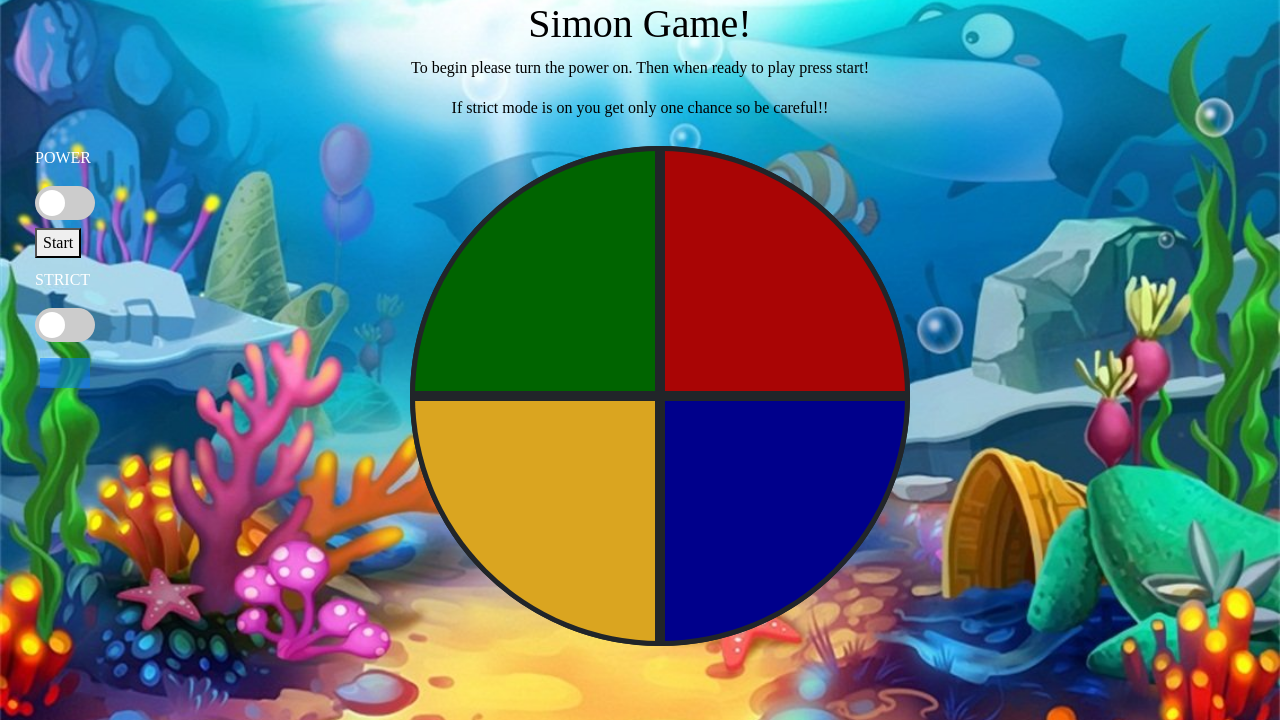
Repository: chrisoc19/SimonSays
Page: index.html
The author's editor kept a record of every edit. The page is drawn from the files as they stood at one moment, then again after the next edit.
The browser window is 1280 px wide. The pictures show the whole page.
Some web fonts or font styles are not loaded; a fallback is used.

Above is the page before.
Console error: ReferenceError: $ is not defined

### index.html
<!DOCTYPE html>
<html>
<html lang="en">
<head>
  <meta charset="UTF-8">
  <title>Simon Game</title>
  <meta name="viewport" content="width=device-width, initial-scale=1">
  <link href='https://fonts.googleapis.com/css?family=Original+Surfer&effect=emboss' rel='stylesheet' type='text/css'>
  <link rel="stylesheet" href="css/style.css">
<link rel="stylesheet" href="https://stackpath.bootstrapcdn.com/bootstrap/4.3.1/css/bootstrap.min.css" integrity="sha384-ggOyR0iXCbMQv3Xipma34MD+dH/1fQ784/j6cY/iJTQUOhcWr7x9JvoRxT2MZw1T" crossorigin="anonymous">

</head>

<body>


  <div class="container-fluid">
    <div class="row">
      <div class="col text text-box">
        <h1>Simon Game!</h1>
  <p>To begin please turn the power on. Then when ready to play press start!  </p>
  <p>If strict mode is on you get only one chance so be careful!!</p>
      </div>

    </div>


  <div class="row">
    <div class="col-sm-2 switches-wrapper">
      <div class="switches">

   <p class="newButtons">POWER</p>
  <label class="switch">
  <input type="checkbox" class="switch" id="on">
  <span class="slider round"></span>
</label>

  <div id="turn"></div>
  <div class="text2 d-none">
    COUNT
  </div>
  <div class ="button-container">
    <button class="button" id="start">Start</button>
    </div>


  <p class="newButtons">STRICT</p>
  <label class="switch">
  <input type="checkbox" class="switch " id="strict">
  <span class="slider round"></span>
</label>

</div>
    </div>
    <div class="col-sm-8">
      <div class="circle">
    <div id="topleft"></div>
    <div id="topright"></div>
    <div id="bottomleft"></div>
    <div id="bottomright"></div>
  </div>
    </div>

  </div>
</div>










  <script src="js/index.js"></script>

</body>

</html>

### css/style.css

body {
  padding-bottom: 20px;
  background-image: url("../img/sea.2.jpg");
  background-position: center;
  background-repeat: no-repeat;
  background-size: cover;

}

/* -----------------------------------------------------Simon game Text */

.text {
  font-family: 'Original Surfer', cursive;

  text-align: center;
  color: black;
}

.text-box {
  margin-bottom: 10px;
  background-color: rgba(0, 123, 255, 0);
}

.newButtons{
  font-family: 'Original Surfer', cursive;

  width: 65px;
  color: white;
}



.switches-wrapper {
  margin-left: 20px;
   background-color: rgba(0, 123, 255, 0);
}





/* The switch - the box around the slider */

.switch {
  position: relative;
  display: inline-block;
  width: 60px;
  height: 34px;
}

/* Hide default HTML checkbox */

.switch input {
  opacity: 0;
  width: 0;
  height: 0;
}

/* The slider */

.slider {
  position: absolute;
  cursor: pointer;
  top: 0;
  left: 0;
  right: 0;
  bottom: 0;
  background-color: #ccc;
  -webkit-transition: .4s;
  transition: .4s;
}

.slider:before {
  position: absolute;
  content: "";
  height: 26px;
  width: 26px;
  left: 4px;
  bottom: 4px;
  background-color: white;
  -webkit-transition: .4s;
  transition: .4s;
}

input:checked+.slider {
  background-color: #2196F3;
}

input:focus+.slider {
  box-shadow: 0 0 1px #2196F3;
}

input:checked+.slider:before {
  -webkit-transform: translateX(26px);
  -ms-transform: translateX(26px);
  transform: translateX(26px);
}

/* Rounded sliders */

.slider.round {
  border-radius: 34px;
}

.slider.round:before {
  border-radius: 50%;
}

.toggle {
  margin-left: 20px;
  margin-right: 20px;
}


.button {
  -webkit-transition-duration: 0.4s;
  /* Safari */
  transition-duration: 0.4s;
 font-family:  'Original Surfer', cursive;
}

.button:hover {
  background-color: #4CAF50;
  /* Green */
  color: white;
}

.button-container {
  margin-bottom: 10px;

}



.text2 {
  position: absolute;
  font-family: 'Original Surfer', cursive;
  margin-top: 170px;
  margin-bottom: 50px;
  margin-right: 100px;
}



#title {
  font-family: 'Original Surfer', cursive;
  font-size: 40px;
  text-align: center;

}



#turn {
  position: absolute;
  background: rgba(0,123,255,.5);
  /*background: #330000;*/
  color: red;
  font-family: courier;
  font-size: 20px;
  height: 30px;
  width: 50px;

  margin-top: 130px;
  margin-left: 5px;
  text-align: center;

  line-height: 30px;
}

/*------------------------------------------------- circle */

.circle {

  background: #385a94;
  border-radius: 50%;
  height: 500px;
  width: 500px;
  position: relative;
  border-style: solid;
  border-width: 10px;
  margin: auto;


}

#topleft {
  position: absolute;
  height: 250px;
  width: 250px;
  border-radius: 250px 0 0 0;
  -moz-border-radius: 250px 0 0 0;
  -webkit-border-radius: 250px 0 0 0;
  background: darkgreen;
  top: 50%;
  left: 50%;
  margin: -250px 0px 0px -250px;
  border-style: solid;
  border-width: 5px;
  box-sizing: border-box;
  -moz-box-sizing: border-box;
  -webkit-box-sizing: border-box;
}

#topright {
  position: absolute;
  height: 250px;
  width: 250px;
  border-radius: 0 250px 0 0;
  -moz-border-radius: 0 250px 0 0;
  -webkit-border-radius: 0 250px 0 0;
  background: #a90505;
  top: 50%;
  left: 50%;
  margin: -250px 0px 0px 0px;
  border-style: solid;
  border-width: 5px;
  box-sizing: border-box;
  -moz-box-sizing: border-box;
  -webkit-box-sizing: border-box;
}

#bottomleft {
  position: absolute;
  height: 250px;
  width: 250px;
  border-radius: 0 0 0 250px;
  -moz-border-radius: 0 0 0 250px;
  -webkit-border-radius: 0 0 0 250px;
  background: goldenrod;
  top: 50%;
  left: 50%;
  margin: 0px -250px 0px -250px;
  border-style: solid;
  border-width: 5px;
  box-sizing: border-box;
  -moz-box-sizing: border-box;
  -webkit-box-sizing: border-box;
}

#bottomright {
  position: absolute;
  height: 250px;
  width: 250px;
  border-radius: 0 0 250px 0;
  -moz-border-radius: 0 0 250px 0;
  -webkit-border-radius: 0 0 250px 0;
  background: darkblue;
  top: 50%;
  left: 50%;
  margin: 0px 0px -250px 0px;
  border-style: solid;
  border-width: 5px;
  box-sizing: border-box;
  -moz-box-sizing: border-box;
  -webkit-box-sizing: border-box;
}

### js/index.js
let order = [];
let playerOrder = [];
let flash;
let turn;
let good;
let compTurn;
let intervalId;
let strict = false;
let start = false;
let noise = true;
let on = false;
let win;

let oneNoise = new Audio('sounds/drop.mp3');
let twoNoise = new Audio('sounds/pop.mp3');
let threeNoise = new Audio('sounds/seagull.ogg');
let fourNoise = new Audio('sounds/radar.wav');
let startNoise = new Audio('sounds/startSound.ogg');
let offNoise = new Audio('sounds/off.ogg');
let winNoise = new Audio('sounds/winSound.wav');
let strictNoise = new Audio('sounds/b1.wav');


const turnCounter = document.querySelector("#turn");
const topLeft = document.querySelector("#topleft");
const topRight = document.querySelector("#topright");
const bottomLeft = document.querySelector("#bottomleft");
const bottomRight = document.querySelector("#bottomright");
const strictButton = document.querySelector("#strict");
const onButton = document.querySelector("#on");
const startButton = document.querySelector("#start");



//--------------------------------------------------------------- onButton

$('#on').click(function() {
    $('.remove').removeClass('d-none');
    $('.add').addClass('d-none');
})

onButton.addEventListener('click', (event) => {
    if (onButton.checked == true) {
        on = true;
        turnCounter.innerHTML = "-";
        startSound();
        flashColor();
        setTimeout(() => {
            clearColor();
        }, 800);
    }
    else {
        on = false;
        turnCounter.innerHTML = "Bye";
        setTimeout(() => {
            turnCounter.innerHTML = "";
        }, 1000);
        clearInterval(intervalId);
        off();
        flashColor();
        setTimeout(() => {
            clearColor();
        }, 800);
        setTimeout(() => {
            document.location.reload(true);
        }, 200);

    }

});

function startSound() {
    if (noise) {
        startNoise.play();
    }
    noise = true;

}

function off() {
    if (noise) {
        offNoise.play();
    }
    noise = true;

}
//---------------------------------------------------------------startButton
startButton.addEventListener('click', (event) => {
    if (on || win) {
        play();
        start = true;
    }
    if (onButton.checked == false) {
        startButton = 'unclick';
        start = false;

    }

});

//--------------------------------------------------------------- strictButton


strictButton.addEventListener('change', (event) => {
    if (onButton.checked == false) {
        document.getElementById("#strict").disabled = true;

    }
    if (strictButton.checked == true) {
        strict = true;
        strictSound();
        clearInterval(intervalId);
        turnCounter.innerHTML = "-";
        flashColor();
        setTimeout(() => {
            clearColor();
        }, 800);

    }
    else {
        strict = false;
        strictSound();
        clearInterval(intervalId);
        turnCounter.innerHTML = "-";
        flashColor();
        setTimeout(() => {
            clearColor();
        }, 800);

    }
});

function strictSound() {
    if (noise) {
        strictNoise.play();
    }
    noise = true;

}
//---------------------------------------------------------------play()
function play() {
    win = false;
    order = [];
    playerOrder = [];
    flash = 0;
    intervalId = 0;
    turn = 1;
    turnCounter.innerHTML = 1;
    good = true;
    for (var i = 0; i < 20; i++) {
        order.push(Math.floor(Math.random() * 4) + 1);
    }
    compTurn = true;

    intervalId = setInterval(gameTurn, 800);
}
//---------------------------------------------------------------GameTurn  ()
function gameTurn() {
    on = false;

    if (flash == turn) {
        clearInterval(intervalId);
        compTurn = false;
        clearColor();
        on = true;
    }

    if (compTurn) {
        clearColor();
        setTimeout(() => {
            if (order[flash] == 1) one();
            if (order[flash] == 2) two();
            if (order[flash] == 3) three();
            if (order[flash] == 4) four();
            flash++;
        }, 200);
    }
}
//--------------------------------------------------------------- Function 1 - 4
function one() {
    if (noise) {
        oneNoise.play();
    }
    noise = true;
    topLeft.style.backgroundColor = "lightgreen";
}

function two() {
    if (noise) {
        twoNoise.play();
    }
    noise = true;
    topRight.style.backgroundColor = "tomato";
}

function three() {
    if (noise) {
        threeNoise.play();
    }
    noise = true;
    bottomLeft.style.backgroundColor = "yellow";
}

function four() {
    if (noise) {
        fourNoise.play();
    }
    noise = true;
    bottomRight.style.backgroundColor = "lightskyblue";
}
//---------------------------------------------------------------clear color
function clearColor() {
    topLeft.style.backgroundColor = "darkgreen";
    topRight.style.backgroundColor = "darkred";
    bottomLeft.style.backgroundColor = "goldenrod";
    bottomRight.style.backgroundColor = "darkblue";
}
//---------------------------------------------------------------  flash Colors
function flashColor() {
    topLeft.style.backgroundColor = "lightgreen";
    topRight.style.backgroundColor = "tomato";
    bottomLeft.style.backgroundColor = "yellow";
    bottomRight.style.backgroundColor = "lightskyblue";
}
//---------------------------------------------------------------Click Events
topLeft.addEventListener('click', (event) => {
    if (on && start) {
        playerOrder.push(1);
        check();
        one();
        if (!win) {
            setTimeout(() => {
                clearColor();
            }, 300);
        }
    }

});

topRight.addEventListener('click', (event) => {
    if (on && start) {
        playerOrder.push(2);
        check();
        two();
        if (!win) {
            setTimeout(() => {
                clearColor();
            }, 300);
        }
    }
});

bottomLeft.addEventListener('click', (event) => {
    if (on && start) {
        playerOrder.push(3);
        check();
        three();
        if (!win) {
            setTimeout(() => {
                clearColor();
            }, 300);
        }
    }

});

bottomRight.addEventListener('click', (event) => {
    if (on && start) {
        playerOrder.push(4);
        check();
        four();
        if (!win) {
            setTimeout(() => {
                clearColor();
            }, 300);
        }
    }
});
//---------------------------------------------------------------Check()
function check() {
    if (playerOrder[playerOrder.length - 1] !== order[playerOrder.length - 1])
        good = false;

    if (playerOrder.length == 3 && good) {
        winGame();
    }
    if (good == false) {
        turnCounter.innerHTML = "NO!";
        setTimeout(() => {
            turnCounter.innerHTML = turn;
            clearColor();

            if (strict) {
                play();
            }
            else {
                compTurn = true;
                flash = 0;
                playerOrder = [];
                good = true;
                intervalId = setInterval(gameTurn, 800);
            }
        }, 800);
        noise = false;
    }
    if (turn == playerOrder.length && good && !win) {
        turn++;
        playerOrder = [];
        compTurn = true;
        flash = 0;
        turnCounter.innerHTML = turn;
        intervalId = setInterval(gameTurn, 800);
    }
}
//---------------------------------------------------------------winGame
function winGame() {
    flashColor();
    winSound();
    turnCounter.innerHTML = "win!";
    on = false;
    win = true;
}

function winSound() {
    if (noise) {
        winNoise.play();
    }
    noise = true;

}

After the next edit:
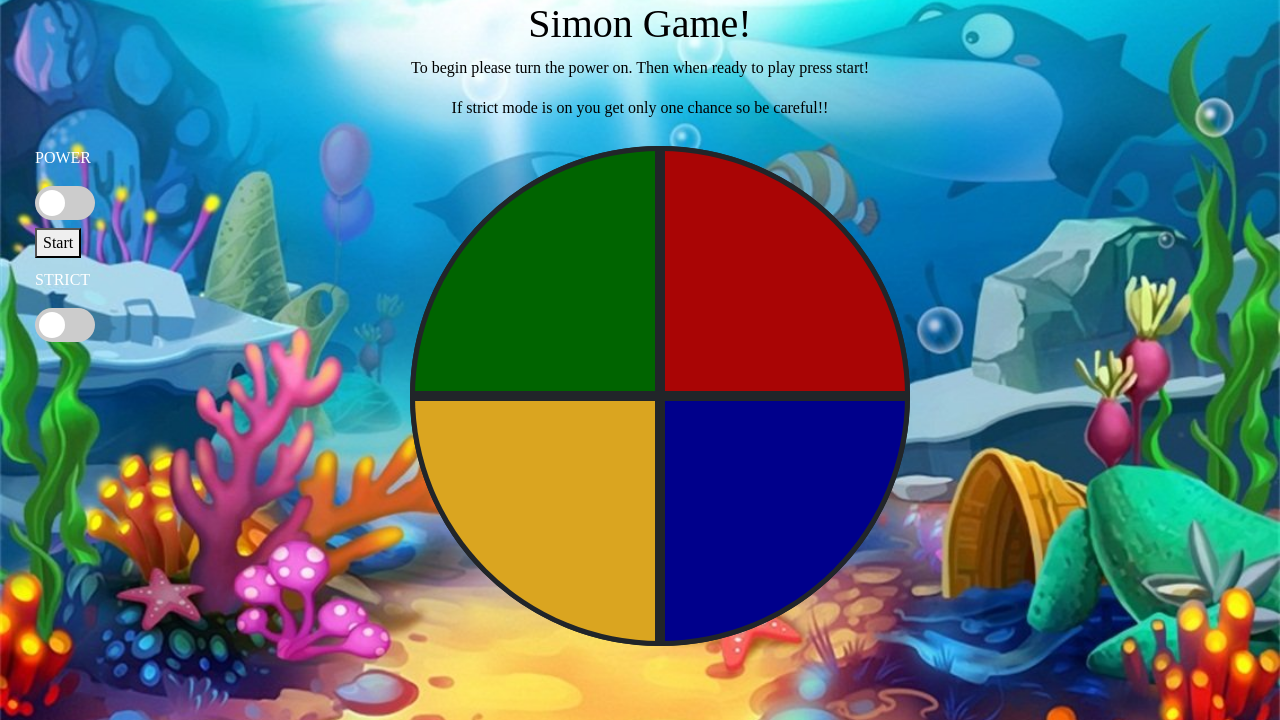
The edit:
--- a/index.html
+++ b/index.html
@@ -35,7 +35,7 @@
   <span class="slider round"></span>
 </label>
 
-  <div id="turn"></div>
+  <div id="turn" class="d-none"></div>
   <div class="text2 d-none">
     COUNT
   </div>
